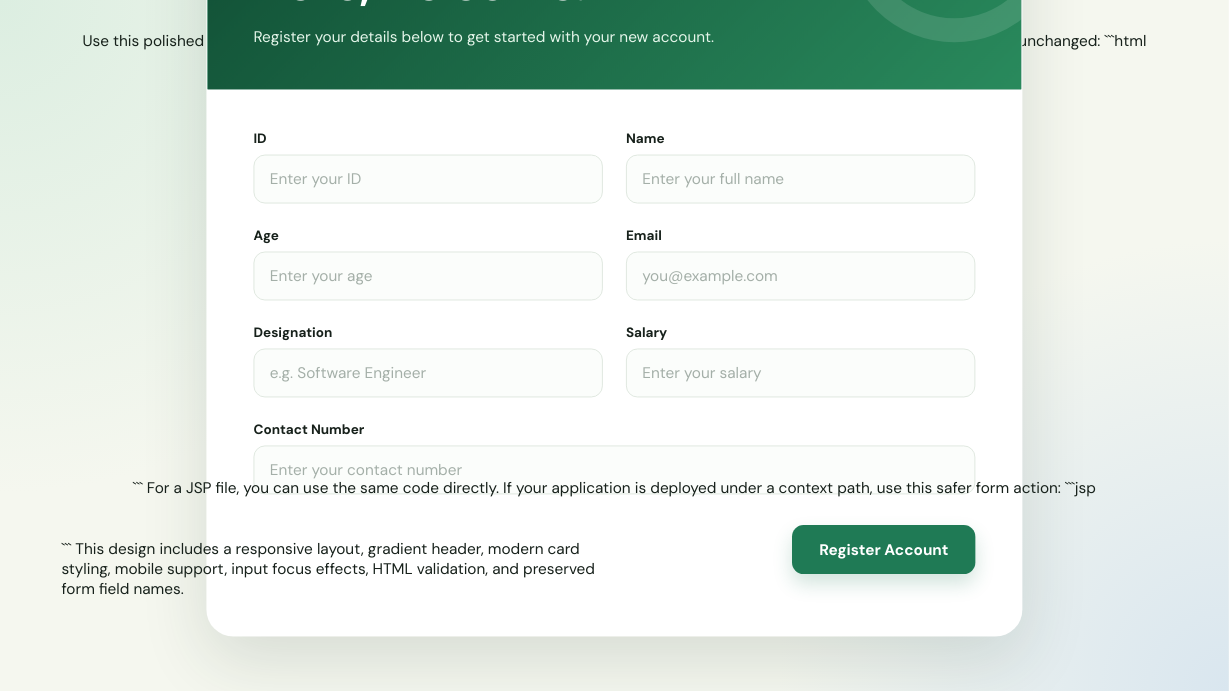
Repository: Jaydip-03/spring-datajpa
Page: http://localhost/EmployeeCrud/WEB-INF/views/register.jsp
The author's editor kept a copy of each file at every save. The page is drawn from the files as they stood at one save, then again after the next save.
The browser window is 1280 px wide. The pictures show the whole page, at 96% of full size.
The page is served by Tomcat 10. Nobody is signed in. Other server files are loaded and not shown. The template is opened directly, without the code that normally fills it, so the values that code supplies are empty.

Above is the page before, as saved 2026-09-09 10:50:10.

### EmployeeCrud/src/main/webapp/WEB-INF/views/register.jsp

<!--<h1>Helloo Welcome to register page</h1>

<form action="save" method="post">
	Id : <input type="number" name="id" > <br>
	Name : <input type="text" name="name" > <br>
	Age : <input type="number" name="age" > <br>
	Email : <input type="text" name="email" > <br>
	Designation : <input type="text" name="designation" > <br>
	Salary : <input type="number" name="salary" > <br>
	Contact : <input type="number" name="contact" > <br>

	<input type="submit" value="register" >

</form>-->

<!--
I’ll turn the plain HTML into a polished, responsive registration form while preserving the existing field names and `save` POST endpoint. I’ll first inspect the workspace to find the relevant page, then edit it and verify the result.I can style it with a modern responsive layout. Use this complete HTML:

```html
<!DOCTYPE html>
<html lang="en">
<head>
    <meta charset="UTF-8">
    <meta name="viewport" content="width=device-width, initial-scale=1.0">
    <title>Register</title>

    <style>
        @import url('https://fonts.googleapis.com/css2?family=DM+Sans:wght@400;500;600;700&display=swap');

        :root {
            --ink: #17211b;
            --muted: #718078;
            --green: #1f7a55;
            --green-dark: #15573d;
            --cream: #f5f7ef;
            --white: #ffffff;
            --line: #dfe7df;
            --shadow: 0 24px 70px rgba(30, 58, 45, 0.14);
        }

        * {
            box-sizing: border-box;
        }

        body {
            margin: 0;
            min-height: 100vh;
            display: grid;
            place-items: center;
            padding: 32px 16px;
            color: var(--ink);
            font-family: "DM Sans", sans-serif;
            background:
                radial-gradient(circle at top left, #dceee1 0, transparent 35%),
                radial-gradient(circle at bottom right, #d9e6ef 0, transparent 32%),
                var(--cream);
        }

        .register-card {
            width: min(100%, 850px);
            overflow: hidden;
            background: var(--white);
            border: 1px solid rgba(255, 255, 255, 0.8);
            border-radius: 28px;
            box-shadow: var(--shadow);
        }

        .card-header {
            position: relative;
            padding: 42px 48px;
            color: white;
            background:
                linear-gradient(135deg, rgba(16, 76, 51, 0.96), rgba(42, 139, 93, 0.92)),
                #1f7a55;
        }

        .card-header::after {
            content: "";
            position: absolute;
            width: 180px;
            height: 180px;
            right: -45px;
            top: -75px;
            border: 25px solid rgba(255, 255, 255, 0.12);
            border-radius: 50%;
        }

        .eyebrow {
            margin: 0 0 10px;
            color: #c8f0d6;
            font-size: 0.78rem;
            font-weight: 700;
            letter-spacing: 0.16em;
            text-transform: uppercase;
        }

        h1 {
            position: relative;
            z-index: 1;
            margin: 0;
            font-size: clamp(2rem, 5vw, 3.2rem);
            line-height: 1;
            letter-spacing: -0.06em;
        }

        .subtitle {
            position: relative;
            z-index: 1;
            max-width: 520px;
            margin: 18px 0 0;
            color: #e5f6ea;
            line-height: 1.6;
        }

        form {
            display: grid;
            grid-template-columns: repeat(2, minmax(0, 1fr));
            gap: 24px;
            padding: 42px 48px 48px;
        }

        .field {
            display: flex;
            flex-direction: column;
            gap: 8px;
        }

        .field.full-width {
            grid-column: 1 / -1;
        }

        label {
            font-size: 0.88rem;
            font-weight: 700;
        }

        input {
            width: 100%;
            padding: 14px 16px;
            color: var(--ink);
            font: inherit;
            border: 1px solid var(--line);
            border-radius: 12px;
            outline: none;
            background: #fbfdfb;
            transition: border-color 0.2s, box-shadow 0.2s, background 0.2s;
        }

        input::placeholder {
            color: #a4afa8;
        }

        input:focus {
            border-color: var(--green);
            background: white;
            box-shadow: 0 0 0 4px rgba(31, 122, 85, 0.12);
        }

        .submit-row {
            display: flex;
            align-items: center;
            justify-content: flex-end;
            grid-column: 1 / -1;
            padding-top: 8px;
        }

        button {
            padding: 15px 28px;
            color: white;
            font: inherit;
            font-weight: 700;
            border: 0;
            border-radius: 12px;
            cursor: pointer;
            background: var(--green);
            box-shadow: 0 10px 20px rgba(31, 122, 85, 0.2);
            transition: background 0.2s, transform 0.2s, box-shadow 0.2s;
        }

        button:hover {
            background: var(--green-dark);
            box-shadow: 0 14px 26px rgba(31, 122, 85, 0.28);
            transform: translateY(-2px);
        }

        button:active {
            transform: translateY(0);
        }

        @media (max-width: 620px) {
            .card-header {
                padding: 34px 24px;
            }

            form {
                grid-template-columns: 1fr;
                padding: 30px 24px 34px;
            }

            .field.full-width,
            .submit-row {
                grid-column: auto;
            }

            .submit-row {
                justify-content: stretch;
            }

            button {
                width: 100%;
            }
        }
    </style>
</head>
<body>
    <main class="register-card">
        <header class="card-header">
            <p class="eyebrow">Create your profile</p>
            <h1>Hello, welcome.</h1>
            <p class="subtitle">
                Register your details below to get started with your new account.
            </p>
        </header>

        <form action="save" method="post">
            <div class="field">
                <label for="id">ID</label>
                <input id="id" type="number" name="id" placeholder="Enter your ID" required>
            </div>

            <div class="field">
                <label for="name">Name</label>
                <input id="name" type="text" name="name" placeholder="Enter your full name" required>
            </div>

            <div class="field">
                <label for="age">Age</label>
                <input id="age" type="number" name="age" min="1" max="120" placeholder="Enter your age" required>
            </div>

            <div class="field">
                <label for="email">Email</label>
                <input id="email" type="email" name="email" placeholder="you@example.com" required>
            </div>

            <div class="field">
                <label for="designation">Designation</label>
                <input id="designation" type="text" name="designation" placeholder="e.g. Software Engineer" required>
            </div>

            <div class="field">
                <label for="salary">Salary</label>
                <input id="salary" type="number" name="salary" min="0" step="0.01" placeholder="Enter your salary" required>
            </div>

            <div class="field full-width">
                <label for="contact">Contact Number</label>
                <input id="contact" type="tel" name="contact" placeholder="Enter your contact number" required>
            </div>

            <div class="submit-row">
                <button type="submit">Register Account</button>
            </div>
        </form>
    </main>
</body>
</html>
```

This version adds:

- Responsive two-column layout
- Mobile-friendly single-column layout
- Styled labels and inputs
- Focus states for accessibility
- Email and telephone input validation
- Required-field validation
- Modern card, gradient, and shadow styling
-->





Use this polished responsive design for your HTML/JSP registration page. It keeps the existing field names and `save` POST endpoint unchanged:

```html
<!DOCTYPE html>
<html lang="en">
<head>
    <meta charset="UTF-8">
    <meta name="viewport" content="width=device-width, initial-scale=1.0">
    <title>Register</title>

    <style>
        @import url('https://fonts.googleapis.com/css2?family=DM+Sans:wght@400;500;600;700&display=swap');

        :root {
            --ink: #17211b;
            --muted: #718078;
            --green: #1f7a55;
            --green-dark: #15573d;
            --cream: #f5f7ef;
            --white: #ffffff;
            --line: #dfe7df;
            --shadow: 0 24px 70px rgba(30, 58, 45, 0.14);
        }

        * {
            box-sizing: border-box;
        }

        body {
            margin: 0;
            min-height: 100vh;
            display: grid;
            place-items: center;
            padding: 32px 16px;
            color: var(--ink);
            font-family: "DM Sans", sans-serif;
            background:
                radial-gradient(circle at top left, #dceee1 0, transparent 35%),
                radial-gradient(circle at bottom right, #d9e6ef 0, transparent 32%),
                var(--cream);
        }

        .register-card {
            width: min(100%, 850px);
            overflow: hidden;
            background: var(--white);
            border: 1px solid rgba(255, 255, 255, 0.8);
            border-radius: 28px;
            box-shadow: var(--shadow);
        }

        .card-header {
            position: relative;
            padding: 42px 48px;
            color: white;
            background:
                linear-gradient(135deg, rgba(16, 76, 51, 0.96), rgba(42, 139, 93, 0.92)),
                #1f7a55;
        }

        .card-header::after {
            content: "";
            position: absolute;
            width: 180px;
            height: 180px;
            right: -45px;
            top: -75px;
            border: 25px solid rgba(255, 255, 255, 0.12);
            border-radius: 50%;
        }

        .eyebrow {
            margin: 0 0 10px;
            color: #c8f0d6;
            font-size: 0.78rem;
            font-weight: 700;
            letter-spacing: 0.16em;
            text-transform: uppercase;
        }

        h1 {
            position: relative;
            z-index: 1;
            margin: 0;
            font-size: clamp(2rem, 5vw, 3.2rem);
            line-height: 1;
            letter-spacing: -0.06em;
        }

        .subtitle {
            position: relative;
            z-index: 1;
            max-width: 520px;
            margin: 18px 0 0;
            color: #e5f6ea;
            line-height: 1.6;
        }

        form {
            display: grid;
            grid-template-columns: repeat(2, minmax(0, 1fr));
            gap: 24px;
            padding: 42px 48px 48px;
        }

        .field {
            display: flex;
            flex-direction: column;
            gap: 8px;
        }

        .field.full-width {
            grid-column: 1 / -1;
        }

        label {
            font-size: 0.88rem;
            font-weight: 700;
        }

        input {
            width: 100%;
            padding: 14px 16px;
            color: var(--ink);
            font: inherit;
            border: 1px solid var(--line);
            border-radius: 12px;
            outline: none;
            background: #fbfdfb;
            transition:
                border-color 0.2s,
                box-shadow 0.2s,
                background 0.2s;
        }

        input::placeholder {
            color: #a4afa8;
        }

        input:focus {
            border-color: var(--green);
            background: white;
            box-shadow: 0 0 0 4px rgba(31, 122, 85, 0.12);
        }

        .submit-row {
            display: flex;
            align-items: center;
            justify-content: flex-end;
            grid-column: 1 / -1;
            padding-top: 8px;
        }

        button {
            padding: 15px 28px;
            color: white;
            font: inherit;
            font-weight: 700;
            border: 0;
            border-radius: 12px;
            cursor: pointer;
            background: var(--green);
            box-shadow: 0 10px 20px rgba(31, 122, 85, 0.2);
            transition:
                background 0.2s,
                transform 0.2s,
                box-shadow 0.2s;
        }

        button:hover {
            background: var(--green-dark);
            box-shadow: 0 14px 26px rgba(31, 122, 85, 0.28);
            transform: translateY(-2px);
        }

        button:active {
            transform: translateY(0);
        }

        @media (max-width: 620px) {
            .card-header {
                padding: 34px 24px;
            }

            form {
                grid-template-columns: 1fr;
                padding: 30px 24px 34px;
            }

            .field.full-width,
            .submit-row {
                grid-column: auto;
            }

            .submit-row {
                justify-content: stretch;
            }

            button {
                width: 100%;
            }
        }
    </style>
</head>

<body>
    <main class="register-card">
        <header class="card-header">
            <p class="eyebrow">Create your profile</p>

            <h1>Hello, welcome.</h1>

            <p class="subtitle">
                Register your details below to get started with your new account.
            </p>
        </header>

        <form action="save" method="post">
            <div class="field">
                <label for="id">ID</label>
                <input
                    id="id"
                    type="number"
                    name="id"
                    placeholder="Enter your ID"
                    required
                >
            </div>

            <div class="field">
                <label for="name">Name</label>
                <input
                    id="name"
                    type="text"
                    name="name"
                    placeholder="Enter your full name"
                    required
                >
            </div>

            <div class="field">
                <label for="age">Age</label>
                <input
                    id="age"
                    type="number"
                    name="age"
                    min="1"
                    max="120"
                    placeholder="Enter your age"
                    required
                >
            </div>

            <div class="field">
                <label for="email">Email</label>
                <input
                    id="email"
                    type="email"
                    name="email"
                    placeholder="you@example.com"
                    required
                >
            </div>

            <div class="field">
                <label for="designation">Designation</label>
                <input
                    id="designation"
                    type="text"
                    name="designation"
                    placeholder="e.g. Software Engineer"
                    required
                >
            </div>

            <div class="field">
                <label for="salary">Salary</label>
                <input
                    id="salary"
                    type="number"
                    name="salary"
                    min="0"
                    step="0.01"
                    placeholder="Enter your salary"
                    required
                >
            </div>

            <div class="field full-width">
                <label for="contact">Contact Number</label>
                <input
                    id="contact"
                    type="tel"
                    name="contact"
                    placeholder="Enter your contact number"
                    required
                >
            </div>

            <div class="submit-row">
                <button type="submit">Register Account</button>
            </div>
        </form>
    </main>
</body>
</html>
```

For a JSP file, you can use the same code directly. If your application is deployed under a context path, use this safer form action:

```jsp
<form action="${pageContext.request.contextPath}/save" method="post">
```

This design includes a responsive layout, gradient header, modern card styling, mobile support, input focus effects, HTML validation, and preserved form field names.

After the next save:
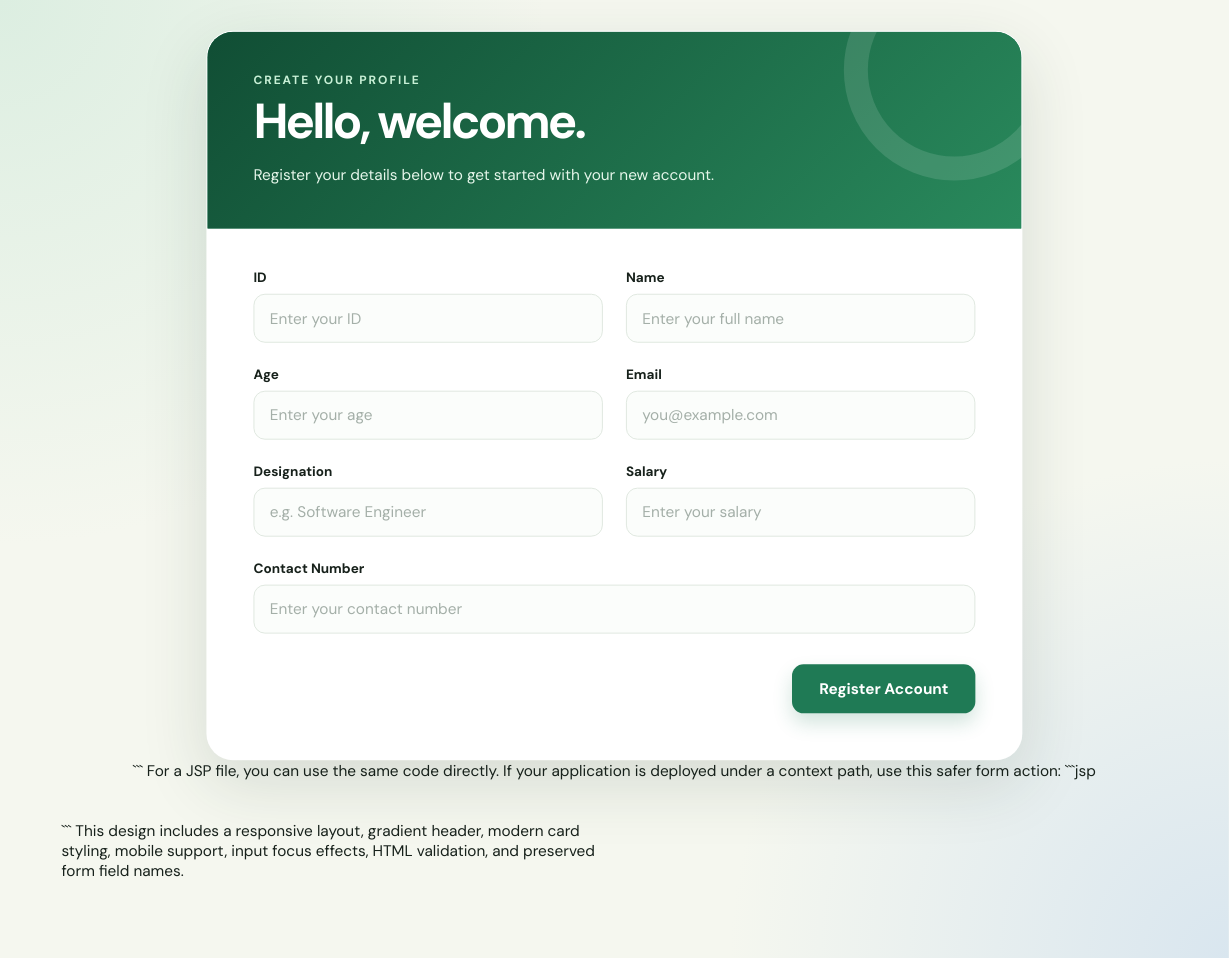
Saved 43 s later.
--- a/EmployeeCrud/src/main/webapp/WEB-INF/views/register.jsp
+++ b/EmployeeCrud/src/main/webapp/WEB-INF/views/register.jsp
@@ -283,9 +283,7 @@ This version adds:
 
 
 
-Use this polished responsive design for your HTML/JSP registration page. It keeps the existing field names and `save` POST endpoint unchanged:
-
-```html
+
 <!DOCTYPE html>
 <html lang="en">
 <head>
